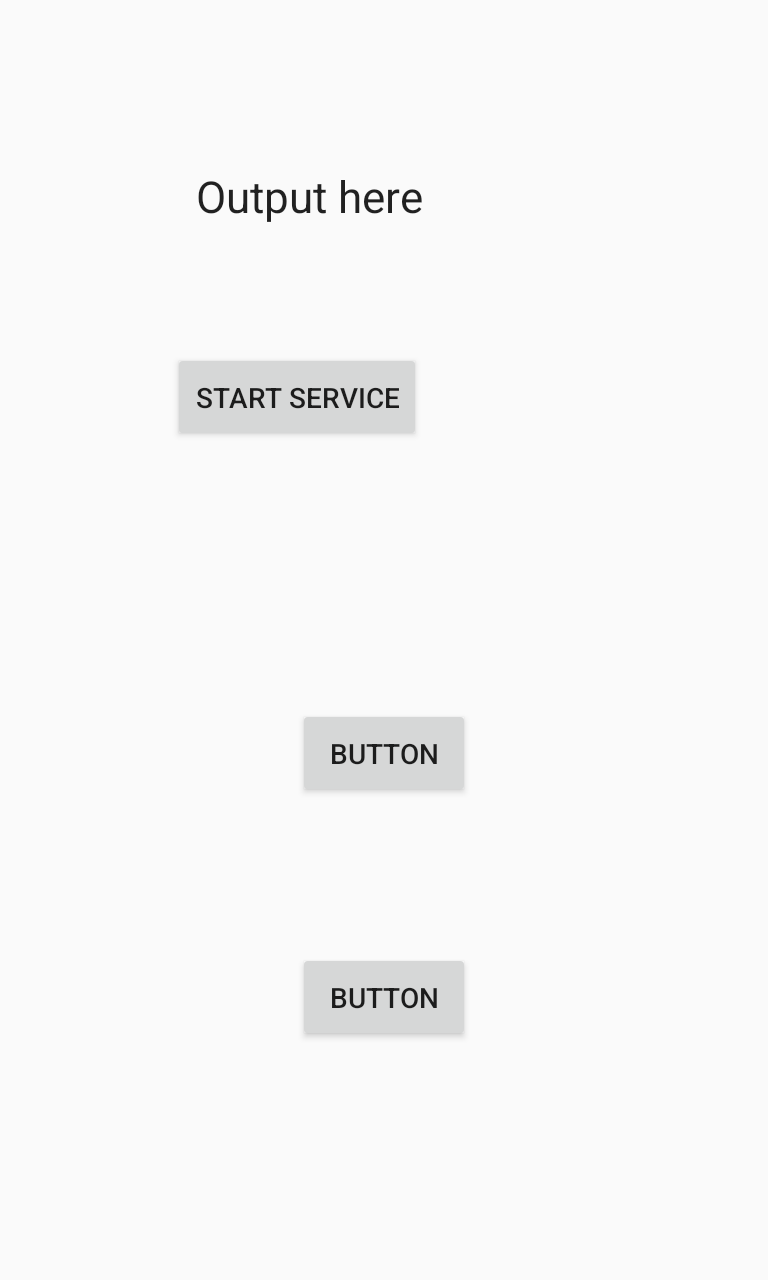
Repository: shivamgeek/Android-Code-Examples
Layout: boundServiceExample/res/layout/activity_main.xml
An editor plug-in stored every save of this project. The layout is shown before and after the next save, followed by the edit.
It is drawn on a 768 x 1280 px phone screen (xhdpi) without system bars, with theme AppTheme; the app's code is not run.

Above is the layout before, as saved 2015-12-03 04:32:01.

After the next save:
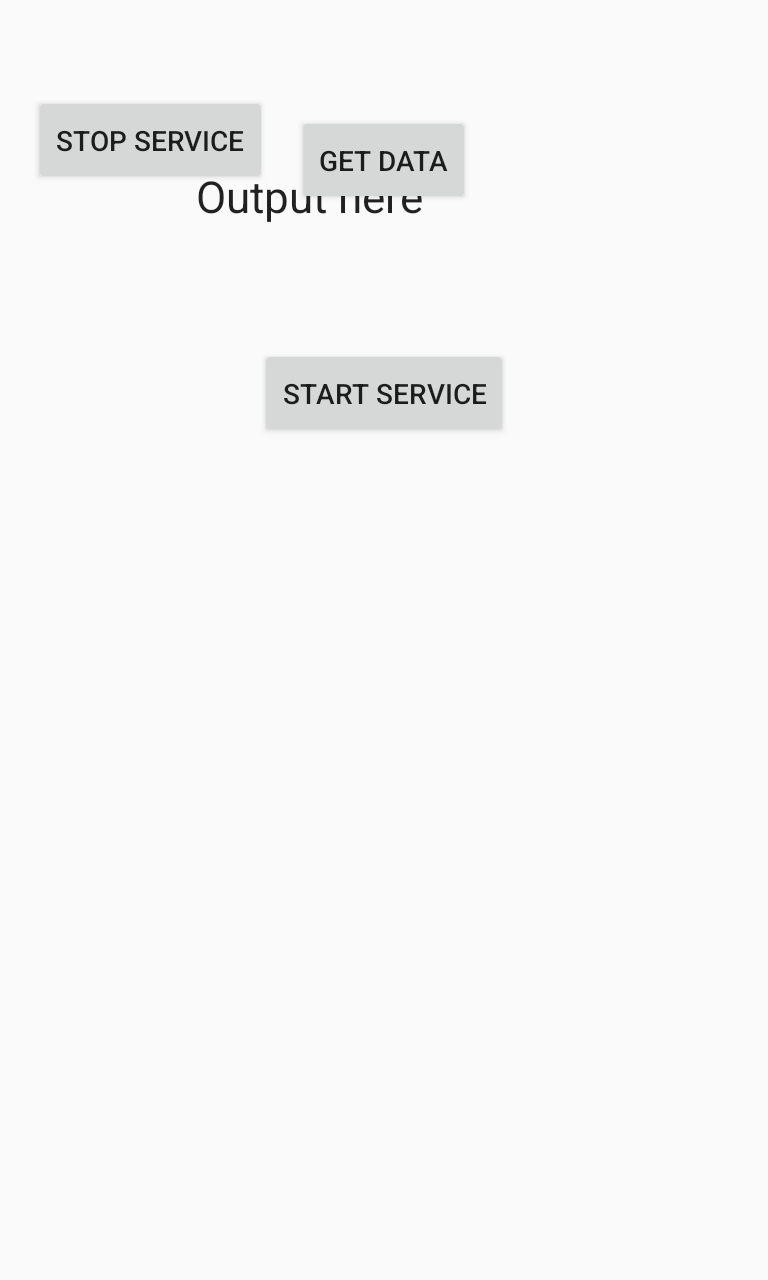
Saved 59 s later.
--- a/boundServiceExample/res/layout/activity_main.xml
+++ b/boundServiceExample/res/layout/activity_main.xml
@@ -20,30 +20,30 @@
         android:textAppearance="?android:attr/textAppearanceLarge" />
 
     <Button
-        android:id="@+id/b"
+        android:id="@+id/start"
         android:layout_width="wrap_content"
         android:layout_height="wrap_content"
-        android:layout_alignRight="@+id/tv"
         android:layout_below="@+id/tv"
-        android:layout_marginTop="62dp"
-        android:text="Start service" />
+        android:layout_centerHorizontal="true"
+        android:layout_marginTop="60dp"
+        android:text="Start Service" />
 
     <Button
-        android:id="@+id/button1"
+        android:id="@+id/data"
         android:layout_width="wrap_content"
         android:layout_height="wrap_content"
         android:layout_below="@+id/b"
         android:layout_centerHorizontal="true"
-        android:layout_marginTop="130dp"
-        android:text="Button" />
+        android:layout_marginTop="40dp"
+        android:text="Get Data" />
 
     <Button
-        android:id="@+id/button2"
+        android:id="@+id/stop"
         android:layout_width="wrap_content"
         android:layout_height="wrap_content"
-        android:layout_alignRight="@+id/button1"
+        android:layout_alignLeft="@+id/button1"
         android:layout_below="@+id/button1"
-        android:layout_marginTop="74dp"
-        android:text="Button" />
+        android:layout_marginTop="30dp"
+        android:text="Stop Service" />
 
 </RelativeLayout>
